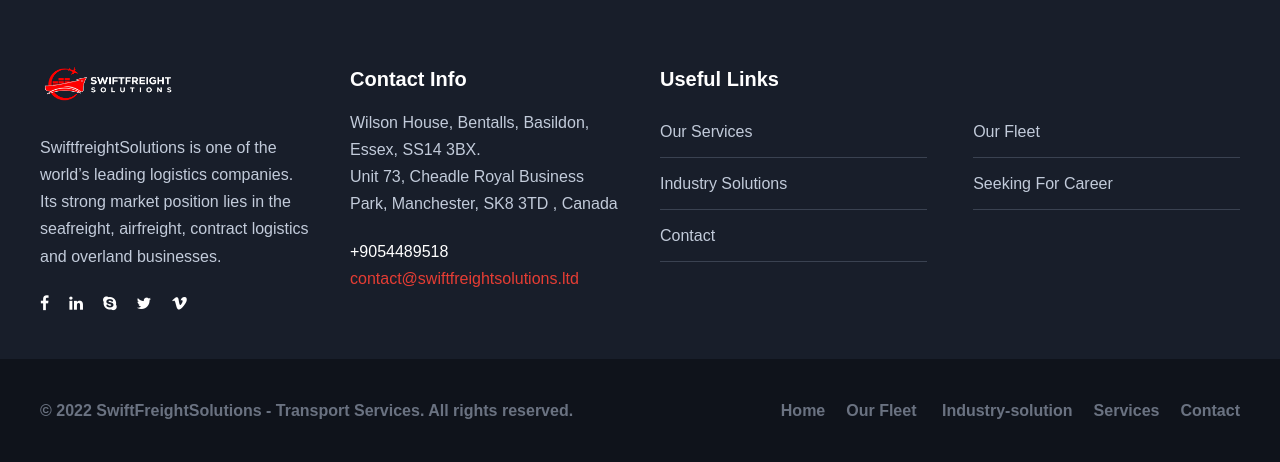
Repository: sixtusiwuchukwu/prosper-SwiftfreightSolutions-frontEnd-
Page: 404.html
The author's editor kept a copy of each file at every save. The page is drawn from the files as they stood at one save, then again after the next save.
The browser window is 1280 px wide. The pictures show the part of the page from y = 638 to 1100 px (the page is 1100 px tall).
Some web fonts or font styles are not loaded; a fallback is used.

Above is the page before, as saved 2022-09-07 17:47:40.

After the next save:
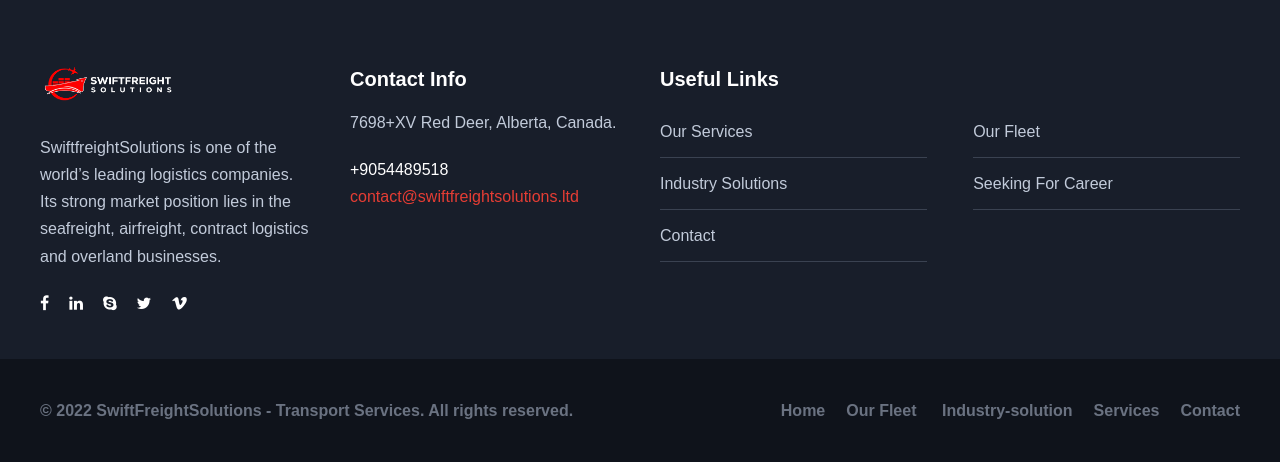
Saved 3 s later.
--- a/404.html
+++ b/404.html
@@ -187,8 +187,7 @@
                         <div id=text-5 class="widget widget_text logisco-widget">
                             <h3 class="logisco-widget-title">Contact Info</h3><span class=clear></span>
                             <div class=textwidget>
-                                <p>                  <p>Wilson House, Bentalls, Basildon, Essex, SS14 3BX.
-                                    <br/> Unit 73, Cheadle Royal Business Park, Manchester, SK8 3TD , Canada  </p>
+                              <p>7698+XV Red Deer, Alberta, Canada. </p>
 
 
                                 <p><span style="color: #fff;">+9054489518</span>
